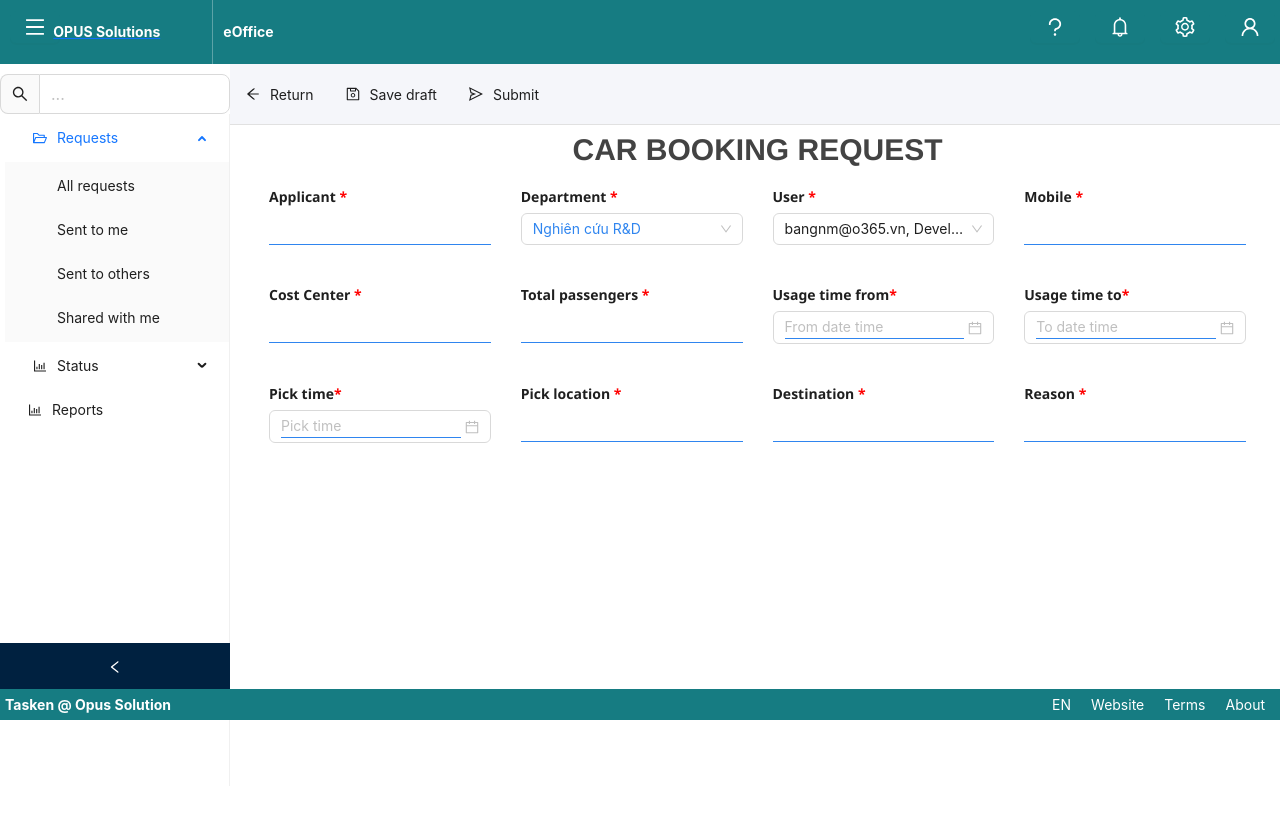
Repository: vannam272008/car-booking
Page: /request/addrequest
An editor plug-in stored every save of this project. The page is shown before and after the next save, followed by the edit.
The browser window is 1280 px wide. The pictures show the whole page.
The project was rebuilt for these pictures with package versions that can differ from the ones it lists, and the page was loaded fresh each time. Also part of the build but not shown: src/Components/DetailRequest/Comments/comment.css, src/Components/DetailRequest/Comments/comment.tsx, src/Components/DetailRequest/Menu/menu.tsx, src/Components/DetailRequest/Detail/detail.tsx, src/Pages/ManageRequest/index.css, src/Pages/ManageRequest/ManageRequest.tsx. Imported but missing from the stored project, and not drawn on this page: src/Pages/Home.

Above is the page before, as saved 2023-07-06 17:02:01.

### src/index.tsx
import React from 'react';
import ReactDOM from 'react-dom/client';
import './index.css';
import App from './App';
import reportWebVitals from './reportWebVitals';
import { BrowserRouter } from 'react-router-dom';
import { Provider } from 'react-redux';
import { configureStore } from '@reduxjs/toolkit';
import requestReducer from './Reducers/requestReducer';
import { store } from './Store/store';


const root = ReactDOM.createRoot(
  document.getElementById('root') as HTMLElement
);
root.render(
  <Provider store={store}>
    <React.StrictMode>
      <BrowserRouter>
        <App />
      </BrowserRouter>
    </React.StrictMode>
  </Provider>
);

// If you want to start measuring performance in your app, pass a function
// to log results (for example: reportWebVitals(console.log))
// or send to an analytics endpoint. Learn more: https://bit.ly/CRA-vitals
reportWebVitals();

### src/App.tsx
import { Route, Routes } from 'react-router-dom';
import './App.css';
import Home from './Pages/Home';
import DetailRequest from './Components/DetailRequest/Detail/detail';
import ManageRequest from './Pages/ManageRequest/ManageRequest';
import AddRequest from './Components/AddRequest/AddRequest';


function App() {
  return (
    <Routes>
      <Route path="/" element={<Home />} />
      <Route path="/request/carbooking" element={<ManageRequest />} />
      <Route path="/request/detail" element={<DetailRequest />} />
      <Route path='/request/addrequest' element={<AddRequest />} />
      {/* <Route path="/employee/create" element={<AddEmployee />} />
        <Route path="/department/create" element={<AddDepartment />} /> */}
    </Routes>
  );
}

export default App;

### src/Store/store.ts
import requestReducer from "../Reducers/requestReducer";
import { configureStore, createStore } from "@reduxjs/toolkit";


// export const store = configureStore({
//     reduder: {
//         request: requestReducer
//     }
// });

export const store = createStore(requestReducer);

### src/Reducers/requestReducer.ts
// interface RequestState {
//     requestList: string[]
// }

const initState = {
    requestList: [],
    success: true,
}

const requestReducer = (state = initState, action: { type: any; payload: any }) => {
    switch (action.type) {
        case 'SET_REQUEST_LIST':
            return {
                ...state,
                requestList: action.payload,
                success: false
            }
        default:
            return state
    }
}

export default requestReducer

### src/Components/RequestLayout/index.jsx
import React, { useState } from 'react';
import { LaptopOutlined, NotificationOutlined, UserOutlined } from '@ant-design/icons';
import { Layout, theme } from 'antd';
import AppHeader from '../../Components/AppHeader';
import AppSider from '../../Components/AppSider';
import AppFooter from '../../Components/AppFooter';

import "./RequestLayout.scss";

const { Content } = Layout;

const RequestLayout = ({ profile, children }) => {
    const {
        token: { colorBgContainer },
    } = theme.useToken();

    return (
        <div className='manage-request'>
            <AppHeader />
            <Content>
                <Layout style={{ padding: '24px 0', background: colorBgContainer }}>
                    <AppSider profile={profile} />
                    <Layout style={{ padding: '24px 0', background: colorBgContainer }}>
                        <Content style={{ padding: '0 24px', minHeight: 280 }}>
                            {children()}
                        </Content>
                    </Layout>
                </Layout>
            </Content>
            <AppFooter />
        </div>


    );
};

export default RequestLayout;

### src/Components/DetailRequest/Detail/detail.css
*{
    box-sizing: border-box;
  }
  .required {
    color: red;
  }
  .page-request{
    min-height: calc(100vh - 83px);
    transition: all 0.3s;
    background-color: #ffffff;
    font-family: "Helvetica Neue",Helvetica,Arial,sans-serif;
    font-size: 14px;
    line-height: 1.42857143;
    color: #333;
    background-color: #fff;
  }
  .page-content{
    margin-top: 85px;
    margin-right: -20px;
    padding-right: 15px;
  }
  .info-request > p{
    width: 100%;
    font-weight: 700;
  }

  /* .table-request > p{
    font-size: 1.1em;
    font-weight: 300;
    line-height: 1.7em;
    color: #130e0e;
    margin: 0 0 10px;
    display: block;
    margin-block-start: 1em;
    margin-block-end: 1em;
    margin-inline-start: 0px;
    margin-inline-end: 0px;
  } */

  .title-request{
    color: #434343;
    text-align: center;
    font-size: 30px;
    margin-top: 20px;
    margin-bottom: 20px;
    font-family: inherit;
    font-weight: 500;
    line-height: 1.1;
    font-weight: 700;

  }

  .table-content{
    font-family: "Segoe UI";
    font-size: 14px;
    line-height: 1.42857143;
  }

  /* .row1-request  {

  } */
  /* .row-request .Row .Col  {
    width: 100%;
  } */

  .col-request{
    margin-bottom: 15px;
    position: relative;
    min-height: 1px;
    padding-right: 15px;
    padding-left: 15px;
  }

  .col-request > label{
    display: inline-block;
    max-width: 100%;
    margin-bottom: 5px;
    font-weight: 700;
    cursor: default;
    font-family: "Segoe UI";
  }
  .attention-radio{
    margin-top: 30px;
    margin-bottom: 30px;
    font-family: "Segoe UI";
  }

  .attention-radio > p{
    font-size: 1.1em;
    font-weight: 300;
    line-height: 1.7em;
    color: #130e0e;
  }

  /* .Attachment > b{
    font-weight: 700;
  } */
  .approver{
    margin-bottom: 15px;
    position: relative;
    min-height: 1px;
    padding-right: 15px;
    padding-left: 15px;
  }

  .approvers > p{
    font-size: 1.1em;
    font-weight: 300;
    line-height: 1.7em;
    color: #130e0e;
    margin: 0 0 10px;
  }

  .approver > label{
    display: inline-block;
    max-width: 100%;
    margin-bottom: 5px;
    font-weight: 700;
    cursor: default;
  }

### src/Components/AddRequest/MenuAdd/index.tsx
import React from 'react';
import { Menu } from 'antd';
import {
    ArrowLeftOutlined,
    SaveOutlined,
    SendOutlined
} from '@ant-design/icons';
import './menuAdd.css'

function MenuAdd(): JSX.Element {
    return (
        <div>
            <Menu mode="horizontal" className='fixed-menu '>
                <Menu.Item key="return" icon={<ArrowLeftOutlined />}>
                    Return
                </Menu.Item>
                <Menu.Item key="savedraft" icon={<SaveOutlined />}>
                    Save draft
                </Menu.Item>
                <Menu.Item key="submit" icon={<SendOutlined />}>
                    Submit
                </Menu.Item>
            </Menu>
        </div>
    );
}

export default MenuAdd;

### src/Components/AddRequest/AddRequest/addRequest.css
.row-request .col-request Input{
    border: none;
    border-radius: 0;
    border-bottom: 1px solid #2F85EF;
    color: #2F85EF;
    box-shadow: none;
}

/* .ant-select-selector {
    border: none;
} */
.select-add-request .ant-select-selector {
    color: #2F85EF;
    border: none;
}

### src/Components/DetailRequest/Menu/menu.css
.fixed-menu {
    position: fixed;
    top: 64px;
    width: 100%;
    z-index: 999;
    border-bottom: 1px solid #e1e1e1;
    border-top-left-radius: 0;
    background-color: rgb(245,246,250);
    min-height: 61px;
    display: flex;
    align-items: center;
    flex-wrap: wrap;
    margin-left: -24px;
}

.fixed-menu .Menu.Item {
    white-space: nowrap;
    margin: 0 10px;
    color: #8894A1;
    font-weight: 500;
    text-decoration: none;
    outline: none;
    transition: all 0.3s;
    cursor: pointer;
    background-color: transparent;
}

### src/Components/AppSider/index.tsx
import React, { useState } from 'react';
import type { MenuProps } from 'antd';
import { Layout, Menu, theme, Space } from 'antd';
import { Input } from 'antd';

import { FolderOpenOutlined, BarChartOutlined, SearchOutlined, SettingOutlined } from '@ant-design/icons';
import "./AppSider.scss";



const { Sider } = Layout;

type MenuItem = Required<MenuProps>['items'][number];

function getItem(
    label: React.ReactNode,
    key: React.Key,
    icon?: React.ReactNode,
    children?: MenuItem[],
    type?: 'group',
): MenuItem {
    return {
        key,
        icon,
        children,
        label,
        type,
    } as MenuItem;
}



const AppSider = (props: any) => {

    const items: MenuProps['items'] = [
        getItem('Requests', 'requests', <FolderOpenOutlined />, [
            getItem('All requests', 'all-request'),
            getItem('Sent to me', 'sent-to-me'),
            getItem('Sent to others', 'sent-to-others'),
            getItem('Shared with me', 'shared-with-me'),
        ]),

        getItem('Status', 'status', <BarChartOutlined />, [
            getItem('Draft', 'draft'),
            getItem('Approving', 'approving'),
            getItem('Approved', 'approved'),
            getItem('Rejected', 'rejected'),
        ]),

        getItem('Reports', 'reports', <BarChartOutlined />),

    ];

    const profileItems: MenuProps['items'] = [

        getItem('Setting', 'setting', <SettingOutlined />),

    ];

    const [openItem, setOpenItem] = useState('requests');

    const handleClick: MenuProps['onClick'] = (e) => {
        console.log('click ', e);
    };
    const [collapsed, setCollapsed] = useState(false);
    const {
        token: { colorBgContainer },
    } = theme.useToken();
    return (
        <Sider collapsible collapsed={collapsed} onCollapse={(value) => setCollapsed(value)} style={{ background: colorBgContainer }} width={230}>
            <Space.Compact size="large">
                <Input addonBefore={<SearchOutlined />} placeholder="..." />
            </Space.Compact>
            <Menu
                mode="inline"
                defaultSelectedKeys={[openItem]}
                defaultOpenKeys={['requests']}
                openKeys={[openItem]}
                style={{ height: '100%' }}
                items={props.profile ? profileItems : items}
                onClick={handleClick}
                onOpenChange={(openKey) => {
                    setOpenItem(openKey[1])
                }}
            />
        </Sider>


    )
}

export default AppSider;

### src/Components/AppFooter/index.tsx
import { Layout } from 'antd';
import "./AppFooter.scss";

const { Footer } = Layout

const AppFooter = () => {
    return (
        <Footer className='mcs-footer'>
            <div>
                <span className='footer-left'><b>Tasken @ Opus Solution</b></span>
                <div className='footer-right'>
                    <span>EN</span>
                    <span>Website</span>
                    <span>Terms</span>
                    <span>About</span>
                </div>
            </div>

        </Footer>)
}

export default AppFooter;

### src/Components/AppHeader/AppHeader.scss
.mcs-header {
    position: fixed;
    z-index: 1001;
    align-items: center;
    background-color: #167c82;
    width: 100%;
    padding-inline: 0;

    & .row-header {
        align-items: center;

        & .btn-menu {
            border: none;
            background-color: #167c82;
            color: white;
            font-size: 20px;
            margin-left: 10px;
        }
    }

    & .col-logo {
        width: 100%;
        border-right: 1px solid rgba(255, 255, 255, 0.3);


        & p {
            width: 100%;
            color: white;
            display: contents;
        }
    }

    & .col-label {
        padding-left: 10px;
        width: 100%;


        & p {
            width: 100%;
            color: white;
            display: contents;
        }
    }

    & .col-function {
        & .group-btn {
            float: right;

            & .btn-item {
                font-size: 20px;
                margin-left: 5px;
                margin-right: 5px;
                border: none;
                background-color: #167c82;
                color: white;

                margin-left: 10px;
            }

        }
    }







}

.ant-dropdown {

    & .dropdown-help {
        display: block;
        right: 0;
        top: 50px;
        width: 320px;
        height: calc(100vh - 84px);
        background-color: #fff;
        border: 1px solid #c8c8c8;

        & .title-dropdown {
            border-bottom: 1px solid #ddd;
            padding-bottom: 5px;
            padding-top: 5px;

            & span {
                margin-left: 10px;
                font-size: 25px;
            }

            & .btn-close {
                font-size: 20px;
                margin-left: 5px;
                margin-right: 5px;
                border: none;
                background-color: white;
                color: black;
                float: right;
            }
        }

        & .content-dropdown {
            display: block;
            margin-top: 10px;




            & .account-info {
                & img {
                    margin-left: 10px;
                    float: left;
                    width: 64px;
                    height: 64px;
                }

                & .info-name {
                    margin-left: 10px;
                    float: left;
                    font-size: 20px;
                }

                & .info-email {
                    margin-left: 10px;
                    font-style: italic;
                }
            }

            .content-info {
                border-top: 1px solid #ddd;
                margin-top: 20px;

                & span {
                    font-size: 20px;
                    margin-left: 10px;
                }

                & p {
                    color: #4BA747;
                    margin-left: 25px;
                }
            }

            & span {
                font-size: 20px;
                margin-left: 10px;
            }

            & p {
                color: #4BA747;
                margin-left: 25px;
            }


        }




    }
}

// .logo {
//     width: 200px;
//     height: 100px;
// }

// .header {
//     background-color: #fff;
//     height: 100px;
//     line-height: 100px;
//     padding: 0;
// }

// .header-name {
//     font-family: 'Segoe UI';
//     font-size: 16px;
//     font-weight: 700;
//     color: #0273bb;
// }

// .header-homepage {
//     font-family: 'Segoe UI';
//     font-size: 16px;
//     font-weight: 700;
//     color: #0273bb;
//     float: right;
//     padding-right: 50px;
//     position: relative;
//     top: -100px;
// }

// .logo-name {
//     display: flex;
// }


/* Extra small devices (phones, 600px and down) */
@media only screen and (max-width: 600px) {
    .header-homepage {
        display: none;
    }

    .header-name {
        font-size: 10px;
    }
}

/* Small devices (portrait tablets and large phones, 600px and up) */
@media only screen and (min-width: 600px) {}

/* Medium devices (landscape tablets, 768px and up) */
@media only screen and (min-width: 768px) {}

/* Large devices (laptops/desktops, 992px and up) */
@media only screen and (min-width: 992px) {}

/* Extra large devices (large laptops and desktops, 1200px and up) */
@media only screen and (min-width: 1240px) {}

### src/Components/AppSider/AppSider.scss
.ant-layout {
        & li {
                padding-left: 5px;
        }

        & .ant-layout-sider {
                position: sticky;
                left: 0;
                margin-top: 50px;



        }

        & .ant-layout-sider-children {}

        & .ant-layout-sider-trigger {
                margin-bottom: 29px;
        }
}

### src/Components/AppFooter/AppFooter.scss
.mcs-footer {
    background-color: #167c82;
    color: #fff;
    position: fixed;
    width: 100%;
    bottom: 0;
    padding: 5px;

    & .footer-left {
        float: left;
    }

    & .footer-right {
        float: right;

        & span {
            padding-left: 10px;
            padding-right: 10px;
        }
    }
}

Loaded but not shown: public/index.html (common file); src/index.css (common file); src/reportWebVitals.ts (common file); src/App.css (common file); src/Components/AddRequest/AddRequest/index.tsx (186 lines, source omitted); src/Components/AppHeader/index.tsx (200 lines, source omitted); src/Components/AddRequest/MenuAdd/menuAdd.css (no stored copy; drawn as an empty file); src/Components/RequestLayout/RequestLayout.scss (no stored copy; drawn as an empty file)

After the next save:
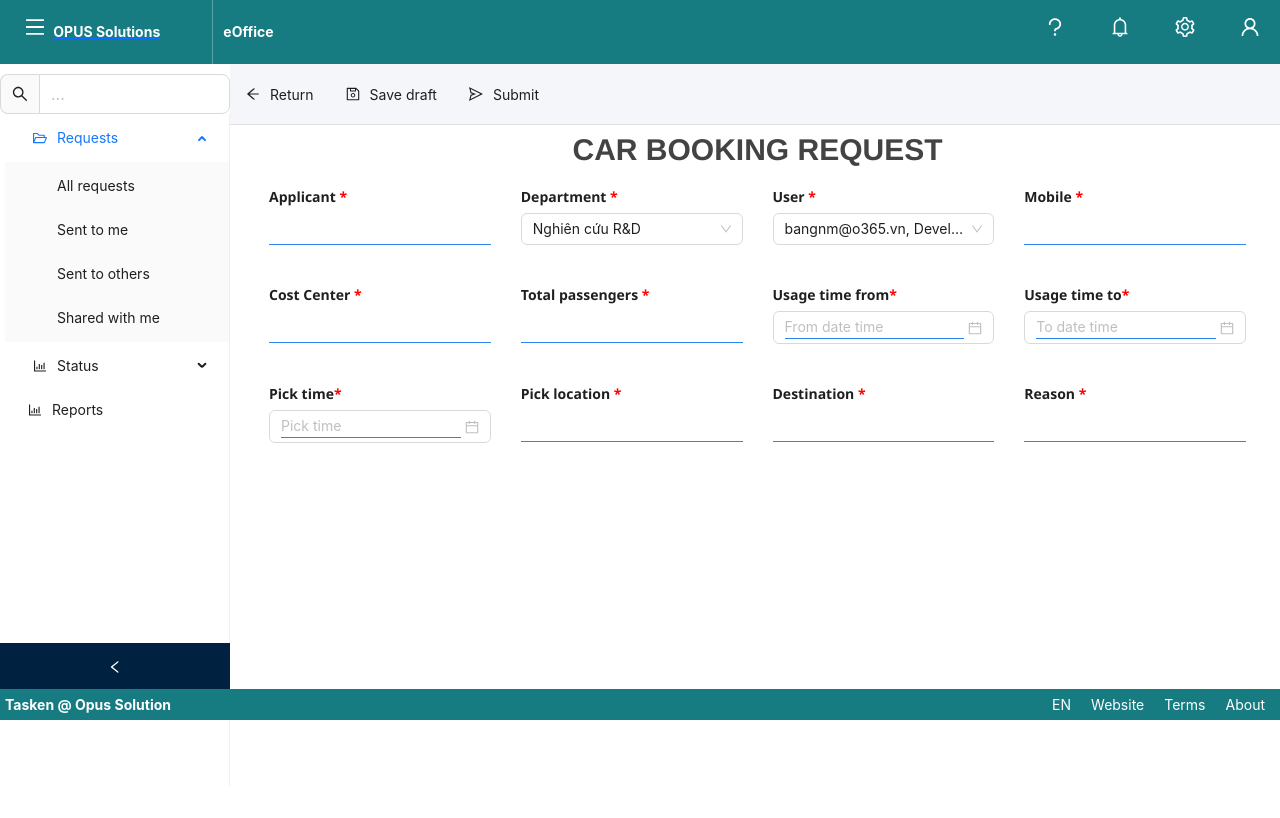
Saved 67 s later.
--- a/src/Components/AddRequest/AddRequest/addRequest.css
+++ b/src/Components/AddRequest/AddRequest/addRequest.css
@@ -6,10 +6,10 @@
     box-shadow: none;
 }
 
-/* .ant-select-selector {
+.ant-select-selector {
+    border: none;
+}
+/* .select-add-request .ant-select-selector {
+    color: #2F85EF;
     border: none;
 } */
-.select-add-request .ant-select-selector {
-    color: #2F85EF;
-    border: none;
-}
